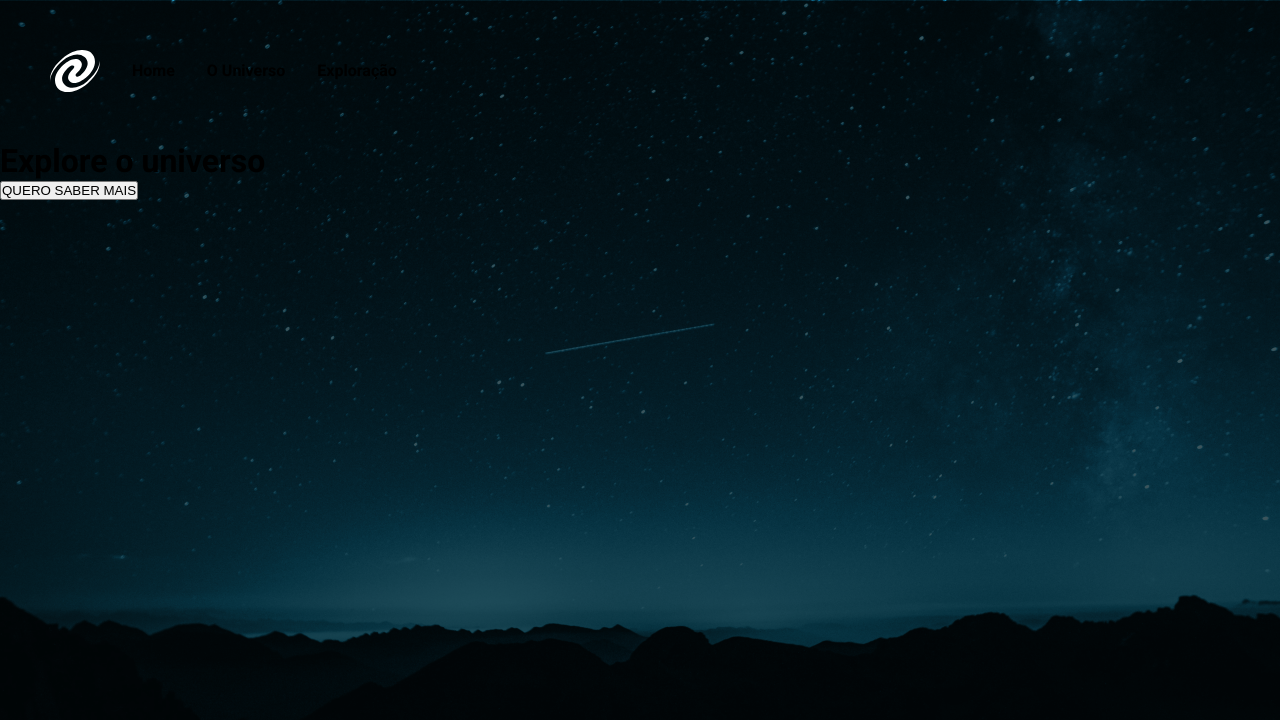
Repository: eltonneiferson/spaUniverse
Page: index.html
The author's editor kept a copy of each file at every save. The page is drawn from the files as they stood at one save, then again after a run of saves.
The browser window is 1280 px wide. The pictures show the whole page.

Above is the page before, as saved 2022-10-26 22:09:25.

### index.html
<!DOCTYPE html>
<html lang="pt-br">

<head>
    <meta charset="UTF-8" />
    <meta http-equiv="X-UA-Compatible" content="IE=edge" />
    <meta name="viewport" content="width=device-width, initial-scale=1.0" />
    <meta name="author" content="Elton Neiferson" />
    <title>Universe</title>

    <link rel="stylesheet" href="stylle.css">
    <link rel="preconnect" href="https://fonts.googleapis.com">
    <link rel="preconnect" href="https://fonts.gstatic.com" crossorigin>
    <link href="https://fonts.googleapis.com/css2?family=Roboto:wght@700&display=swap" rel="stylesheet">
</head>

<body>
    <nav>
        <svg width="50" height="42" viewBox="0 0 50 42" fill="none" xmlns="http://www.w3.org/2000/svg">
            <path d="M31.5423 0.00979035C26.1727 0.174742 19.3604 2.47181 12.1375 8.73785C-2.6197 21.4919 0.219149 31.6427 0.219149 31.6427C0.219149 31.6427 -1.31407 22.7633 12.6765 10.655C19.9593 4.35869 28.9789 2.29019 34.5368 6.97206C39.5198 11.1696 38.7771 18.2731 30.3445 25.5381C27.0864 28.1212 23.6007 25.8307 27.0504 22.7633C27.4347 22.4396 27.7717 22.1194 28.0686 21.8047C31.2762 18.6232 33.7461 13.7222 29.9252 10.5036C25.3256 6.46755 17.5038 11.1696 14.054 14.237C3.12987 23.7622 2.8903 33.9231 9.02317 39.4122C13.2395 42.964 24.7506 44.3867 37.5913 33.4085C52.3485 20.6544 49.5097 10.5036 49.5097 10.5036C49.5097 10.5036 51.0429 19.3831 37.0523 31.4914C29.7695 37.7877 20.7499 39.9066 15.192 35.2248C10.209 31.0272 10.9517 23.9237 19.3844 16.6587C22.8341 13.9142 26.3078 16.1643 22.858 19.2317C22.4738 19.5554 22.1368 19.8756 21.8399 20.1903C18.6323 23.3718 16.1624 28.2728 19.9833 31.4914C24.5829 35.5275 32.2131 30.664 35.8545 27.758C46.9703 18.2328 47.0182 8.0719 40.8853 2.5828C39.0407 1.02891 35.7186 -0.118506 31.5423 0.00979035Z" fill="white" />
        </svg>
        <a href="/">Home</a>
        <a href="/universe.html">O Universo</a>
        <a href="/exploration.html">Exploração</a>
    </nav>
    <main>
        <h1>Explore o universo</h1>
        <button>QUERO SABER MAIS</button>
    </main>
</body>

</html>

### stylle.css
* {
    margin: 0;
    padding: 0;
    box-sizing: border-box;
    text-decoration: none;
}

:root {
    --default-font-color: white;
    --font-color-link: #C4C4CC;
    --default-font: 'Roboto', sans-serif;
}

body {
    min-height: 100vh;
    background-image: url(bkg1.png);
    background-position: bottom;
    background-size: cover;
    color: var(--font-color);
    font-family: var(--default-font);
}

nav {
    padding: 50px;
    display: flex;
    gap: 2rem;
    align-items: center;
}

nav a {
    color: var(--font-color);
    font-style: normal;
    font-weight: 400;
    line-height: 22px;
}

After the next 2 saves:
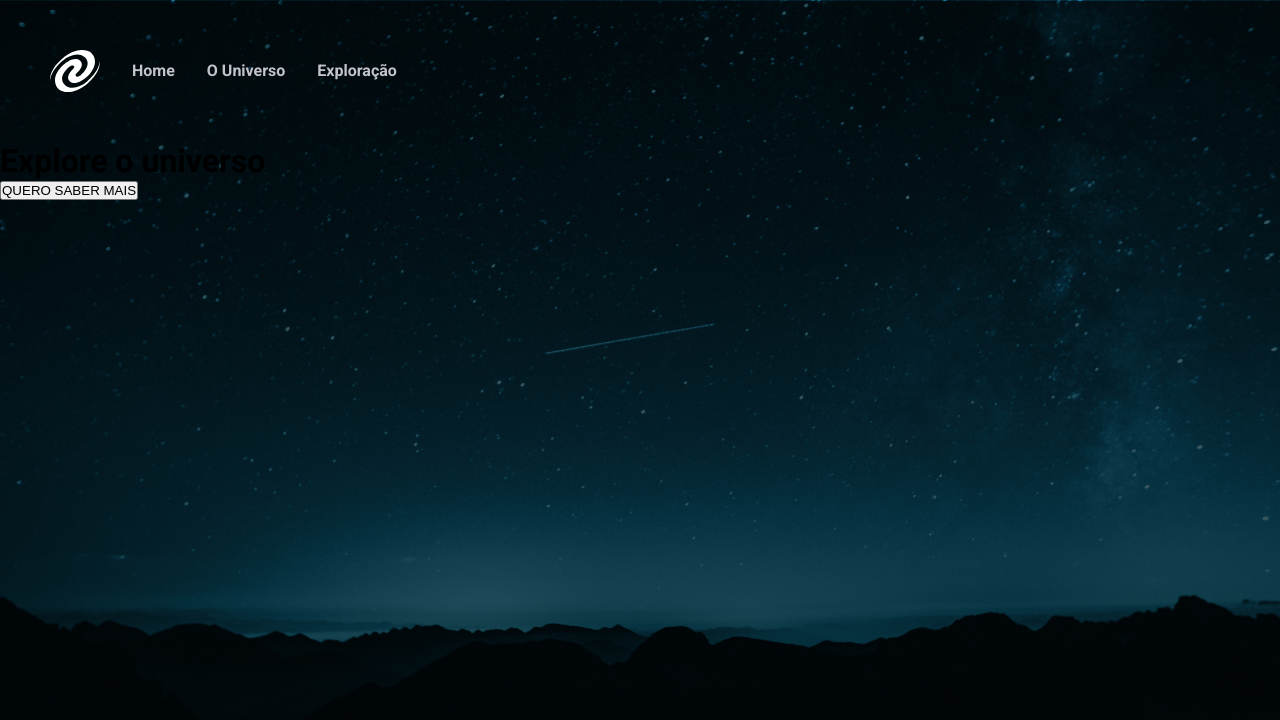
The 2 saves are shown as one change because they came seconds apart.
The last was saved 13 s later.
--- a/stylle.css
+++ b/stylle.css
@@ -28,7 +28,7 @@ nav {
 }
 
 nav a {
-    color: var(--font-color);
+    color: var(--font-color-link);
     font-style: normal;
     font-weight: 400;
     line-height: 22px;
